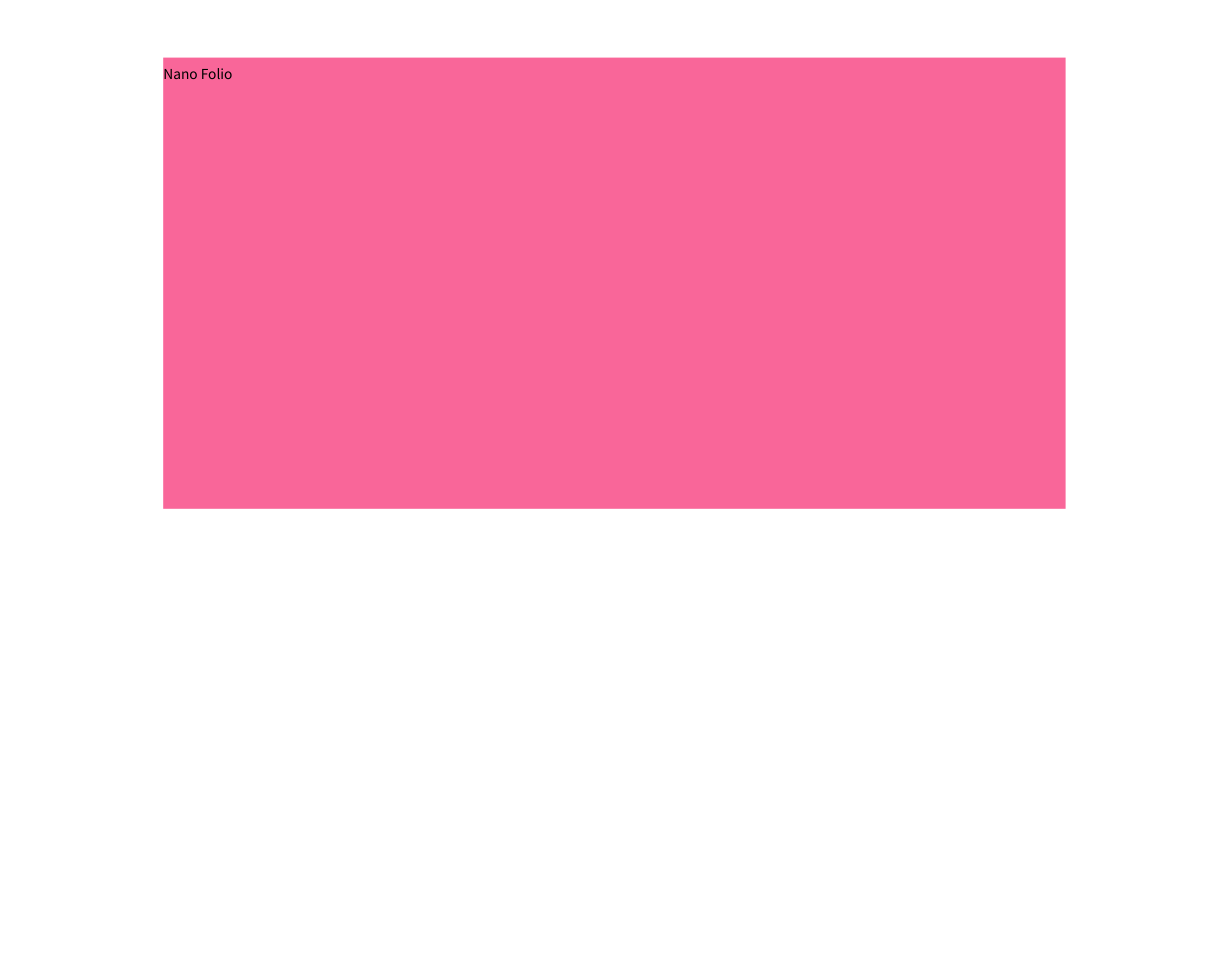
Repository: BuiVanVu102/Tooplate
Page: index.html
The author's editor kept a copy of each file at every save. The page is drawn from the files as they stood at one save, then again after the next save.
The browser window is 1280 px wide. The pictures show the whole page, at 96% of full size.
The style sheet was rebuilt from its Sass, Less or Tailwind sources for each picture, by a compiler version that may differ from the author's.

Above is the page before, as saved 2021-11-15 20:57:40.

After the next save:
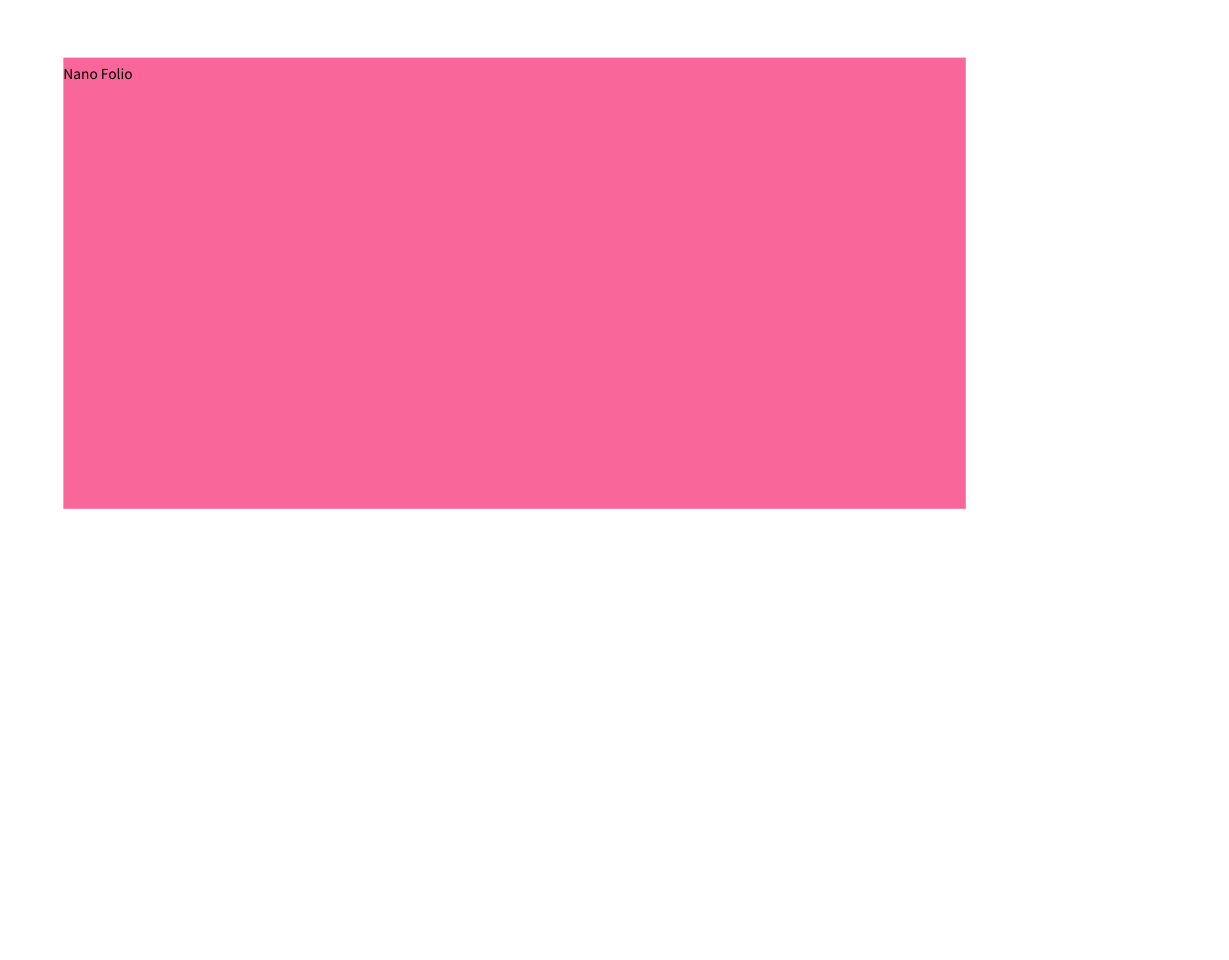
Saved 2 min 51 s later.
--- a/sass/_global.scss
+++ b/sass/_global.scss
@@ -15,4 +15,5 @@
 	max-width: 970px;
 	margin: 0 auto;
 	padding: 60px 15px;
+	margin: 0 51px;
 }

After the 2 saves that followed:
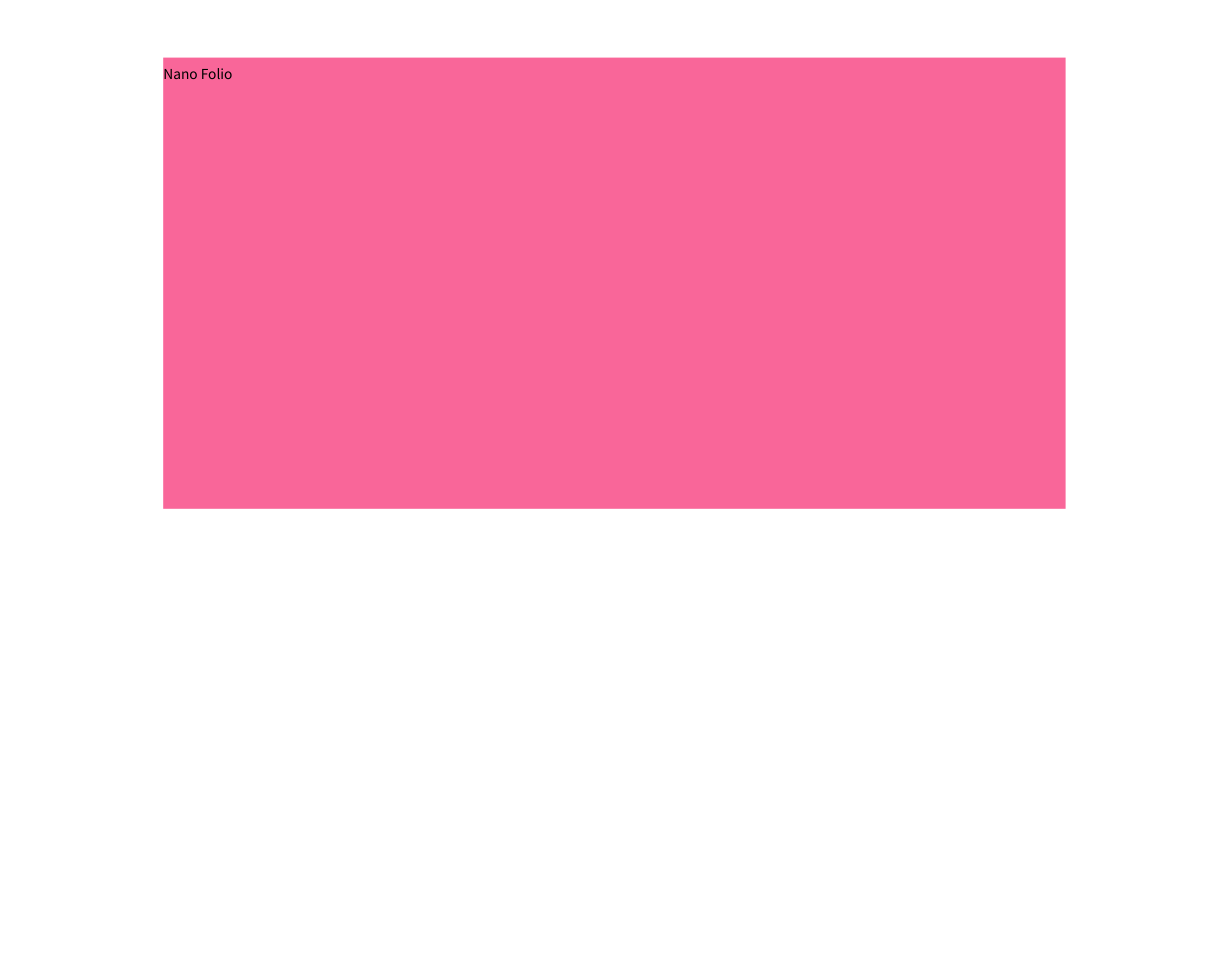
The 2 saves are shown as one change because 1 left the picture as it was.
The last was saved 94 s later.
--- a/sass/_global.scss
+++ b/sass/_global.scss
@@ -7,7 +7,7 @@
 }
 
 .wrapper {
-	max-width: 1366px;
+	max-width: 100%;
 	margin: 0 auto;
 }
 .container {
@@ -15,5 +15,4 @@
 	max-width: 970px;
 	margin: 0 auto;
 	padding: 60px 15px;
-	margin: 0 51px;
 }
